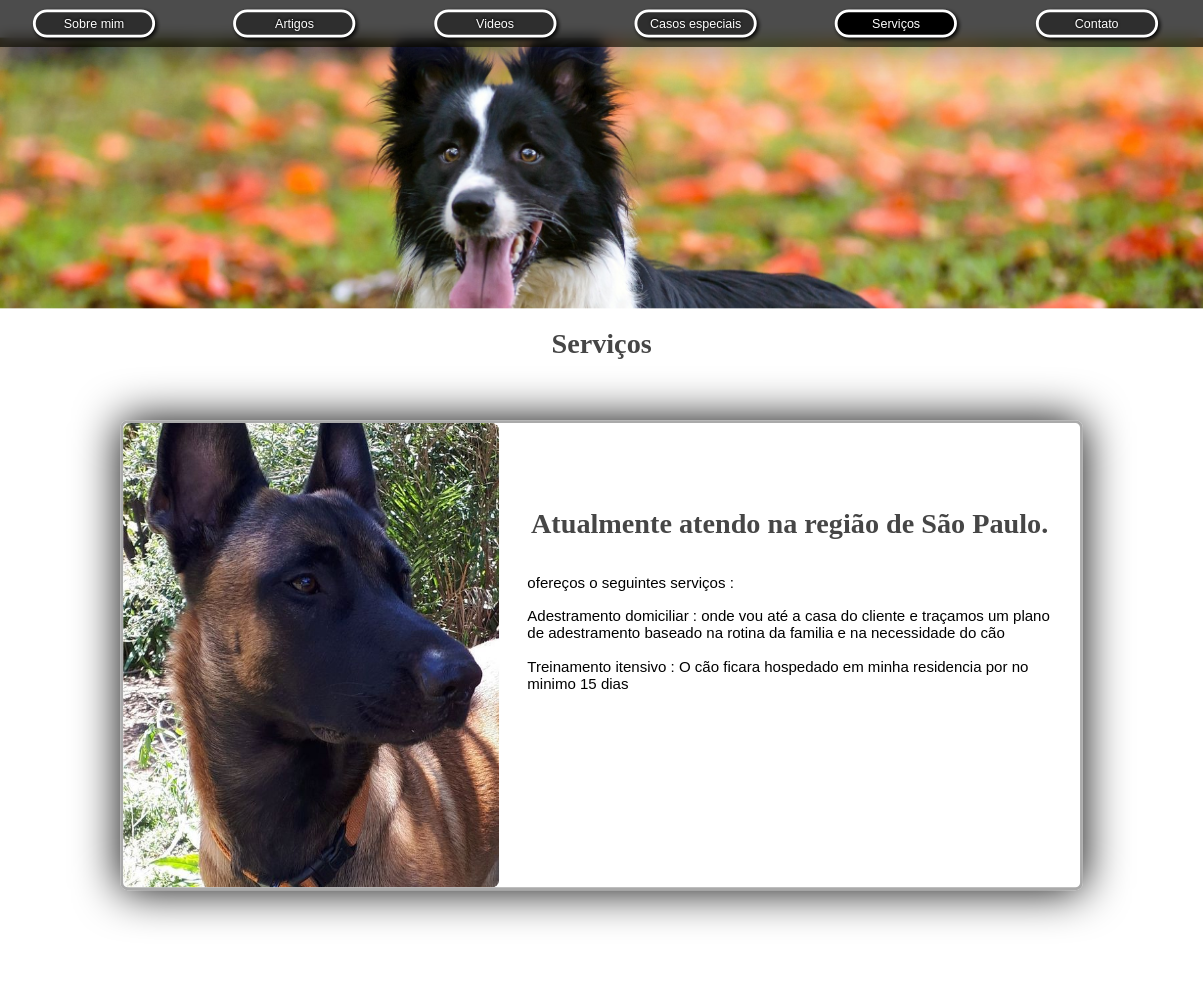
Repository: KevynMarques/Blog-React-StyledComponent
Page: /, after clicking the first element matching `button.sc-dcJsrY`
An editor plug-in stored every save of this project. The page is shown before and after a run of saves, followed by the edit.
The browser window is 1280 px wide. The pictures show the whole page, at 94% of full size.
The project was rebuilt for these pictures with package versions that can differ from the ones it lists, and the page was loaded fresh each time. Also part of the build but not shown: src/Components/Artigos/index.jsx, src/Components/Clientes/index.jsx, src/Components/Contato/index.jsx, src/Components/View/index.jsx.

Above is the page before, as saved 2022-02-21 18:17:15.

After the next 2 saves:
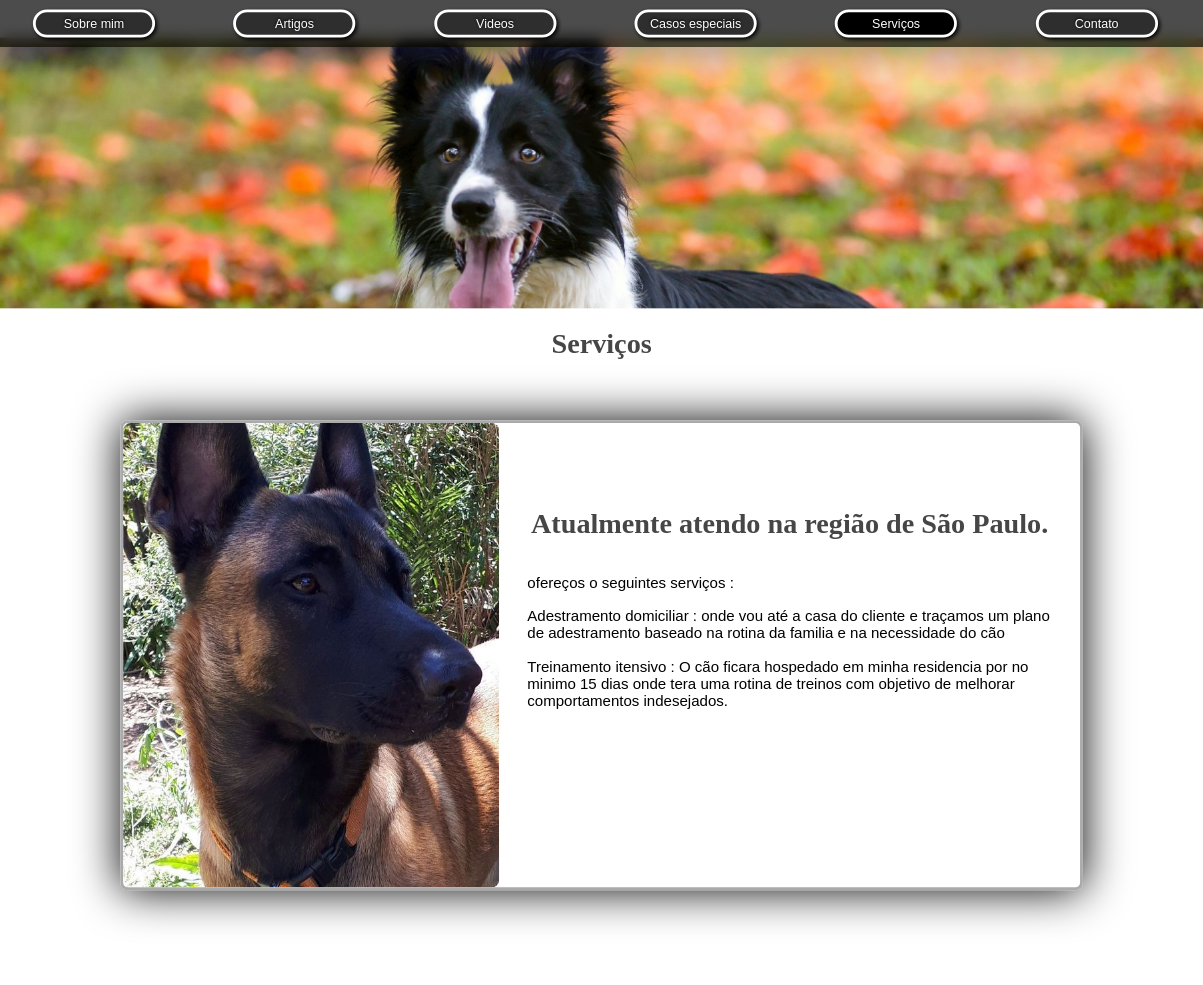
The 2 saves are shown as one change because they came seconds apart.
The last was saved 4 min 14 s later.
--- a/src/Components/Serviços/index.jsx
+++ b/src/Components/Serviços/index.jsx
@@ -28,7 +28,7 @@ export default () => {
        Adestramento domiciliar : onde vou até a casa do cliente e traçamos um plano de adestramento baseado na rotina da familia e na necessidade do cão
 
        <br></br> <br></br>
-       Treinamento itensivo : O cão ficara hospedado em minha residencia por no minimo 15 dias
+       Treinamento itensivo : O cão ficara hospedado em minha residencia por no minimo 15 dias onde tera uma rotina de treinos com objetivo de melhorar comportamentos indesejados.
         </Info>
        </ContainerBox>
 
